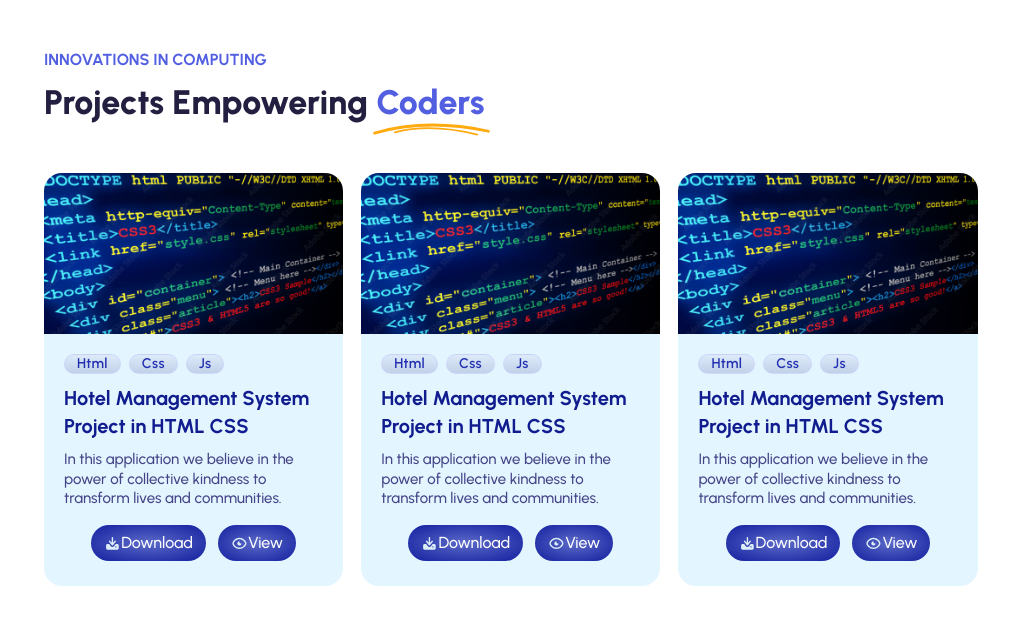
Repository: sharma171/jtccreativeideas
Page: /newsection (app in nextjssite/)
An editor plug-in stored every save of this project. The page is shown before and after the next save, followed by the edit.
The browser window is 1024 px wide. The pictures show the whole page.
The project was rebuilt for these pictures with package versions that can differ from the ones it lists, and the page was loaded fresh each time. The framework's server and built-in components were replaced by stand-ins that run in the browser. Also part of the build but not shown: nextjssite/next.config.mjs.

Above is the page before, as saved 2024-03-28 16:27:33.

### nextjssite/src/app/layout.js
// import { Inter } from "next/font/google";
// import "./globals.css";
import 'bootstrap/dist/css/bootstrap.min.css';

// const inter = Inter({ subsets: ["latin"] });

export const metadata = {
  title: "Create Next App",
  description: "Generated by create next app",
};

 const RootLayout = ({ children }) => {
  return (
    <html lang="en">
      <body>
        {/* Layout UI */}
        <main>{children}</main>
      </body>
    </html>
  )
}
export default RootLayout;

### nextjssite/src/app/newsection/page.jsx
import React from 'react'
import "./page.css"
import Headicon from "./after-head-icon.svg"
import Image from 'next/image'
import Link from 'next/link'
import Projimg1 from './images/projsection1.png'
import Projimg2 from './images/projsection2.png'
import Projimg3 from './images/projsection3.png'
import Downloadicon from './images/Download-icon.svg'
import Viewicon from './images/view-icon.svg'
const Page = () => {
    return(
        <>
        <section className="projects">
            <div className="container">
                <div className="col-flex main-head">
                    <h5 className="small-head">Innovations in Computing</h5>
                    <h3 className="bghead">Projects Empowering <span>Coders
                        <Image src={Headicon}></Image></span></h3>
                </div>
                <ul className="project-cards">
                    <li>

                        <div className="card-inner">
                            <Image src={Projimg1} alt="project" className="thumb"></Image>
                            <div className="info">
                                <div className="tech-info">
                                    <span>Html</span>
                                    <span>Css</span>
                                    <span>Js</span>
                                </div>
                                <Link href="/newsection" className="text-link">
                                    <h3 className="heading">
                                        Hotel Management System Project in HTML CSS
                                    </h3>
                                </Link>
                                <p className="cardpara">
                                    In this application we believe in the power of collective kindness to transform lives and communities.
                                </p>
                                <div className="card-button">
                                    <a href="" className="bot-button">
                                        <Image src={Downloadicon} alt='icon'></Image>
                                        Download
                                    </a>
                                    <a href="" className="bot-button">
                                        <Image src={Viewicon} alt='icon'></Image>
                                        View
                                    </a>
                                </div>
                            </div>
                        </div>
                    </li>
                    <li>

                            <div className="card-inner">
                                <Image src={Projimg1} alt="project" className="thumb"></Image>
                                <div className="info">
                                    <div className="tech-info">
                                        <span>Html</span>
                                        <span>Css</span>
                                        <span>Js</span>
                                    </div>
                                    <Link href="/newsection" className="text-link">
                                        <h3 className="heading">
                                            Hotel Management System Project in HTML CSS
                                        </h3>
                                    </Link>
                                    <p className="cardpara">
                                        In this application we believe in the power of collective kindness to transform lives and communities.
                                    </p>
                                    <div className="card-button">
                                        <a href="" className="bot-button">
                                            <Image src={Downloadicon} alt='icon'></Image>
                                            Download
                                        </a>
                                        <a href="" className="bot-button">
                                            <Image src={Viewicon} alt='icon'></Image>
                                            View
                                        </a>
                                    </div>
                                </div>
                            </div>
                    </li>
                    <li>

                            <div className="card-inner">
                                <Image src={Projimg1} alt="project" className="thumb"></Image>
                                <div className="info">
                                    <div className="tech-info">
                                        <span>Html</span>
                                        <span>Css</span>
                                        <span>Js</span>
                                    </div>
                                    <Link href="/newsection" className="text-link">
                                        <h3 className="heading">
                                            Hotel Management System Project in HTML CSS
                                        </h3>
                                    </Link>
                                    <p className="cardpara">
                                        In this application we believe in the power of collective kindness to transform lives and communities.
                                    </p>
                                    <div className="card-button">
                                        <a href="" className="bot-button">
                                            <Image src={Downloadicon} alt='icon'></Image>
                                            Download
                                        </a>
                                        <a href="" className="bot-button">
                                            <Image src={Viewicon} alt='icon'></Image>
                                            View
                                        </a>
                                    </div>
                                </div>
                            </div>
                    </li>
                </ul>
            </div>
        </section>
        <section className="project-category">
            <div className="container">

            </div>
        </section>
        </>
    )
}
export default Page;

### nextjssite/src/app/newsection/page.css
@import url('https://fonts.googleapis.com/css2?family=Urbanist:ital,wght@0,100..900;1,100..900&display=swap');
* {
    font-family: 'Urbanist', sans-serif;
    font-optical-sizing: auto;
}

section.projects {
    padding: 50px 0;
}
.main-head .small-head {
    color: #525fe1;
    font-size: 16px;
    font-weight: 700;
    text-transform: uppercase;
}
.main-head .bghead {
    color: #231f40;
    font-size: 34px;
    line-height: 1.5em;
    font-weight: 800;
}
.main-head .bghead span {
    color: #525fe1;
    position: relative;
}
.main-head .bghead span img {
    position: absolute;
    top: 100%;
    left: -5.9999999999999964px;
    width: 122.29999999999994px;
    height: 12.600000000000012px;
}
.project-cards {
    padding: 0;
    margin: 45px 0;
    list-style: none;
    display: flex;
    flex-direction: row;
    gap: 45px;
}
.project-cards li {
    width: calc(33.33333333333333% - 30px);
    border-radius: 18px;
    background: #E3F5FF;
}
.project-cards li .card-inner {
    display: flex;
    flex-direction: column;
    width: 100%;
    border-top-left-radius: 18px;
    border-top-right-radius: 18px;
}
.project-cards li .card-inner .thumb {
    width: 100%;
    max-width: 100%;
    height: auto;
    object-fit: cover;
    border-top-left-radius: 18px;
    border-top-right-radius: 18px;
}
.project-cards li .card-inner .info {
    padding: 20px 20px;
    display: flex;
    flex-direction: column;
    gap: 10px;
}

.project-cards li .card-inner .info .tech-info {
    display: flex;
    flex-direction: row;
    align-items: center;
    gap: 12px;
}
.project-cards li .card-inner .info .tech-info span {
    height: 25px;
    font-size: 16px;
    color: #222FB0;
    padding: 0 15px;
    font-weight: 600;
    letter-spacing: 0.3px;
    line-height: 16px;
    background: linear-gradient(181deg, #d2d7f152, #C0D0E7);
    align-content: center;
    border-radius: 19px;
    border: 1px solid #ccd3fbc2;
}
.project-cards li .card-inner .info .text-link {
    text-decoration: none;
}
.project-cards li .card-inner .info .heading {
    font-size: 24px;
    line-height: 1.4em;
    font-weight: 700;
    color: #111D8F;
    margin: 0;
}
.project-cards li .card-inner .info .cardpara {
    font-size: 18px;
    line-height: 1.5em;
    font-weight: 500;
    color: #444487;
    margin: 0 0 6px 0;
}
.project-cards li .card-inner .info .card-button {
    display: flex;
    flex-direction: row;
    align-items: center;
    justify-content: center;
    gap: 12px;
    margin-bottom: 5px;
}
.project-cards li .card-inner .info .card-button .bot-button {
    background: radial-gradient(#5C6AC8, #121F9F);
    padding: 6px 13px;
    font-size: 16px;
    line-height: 1.5em;
    align-content: center;
    border-radius: 20px;
    text-decoration: none;
    color: #fff;
    font-weight: 500;
}
@media (max-width: 1200px) and (min-width:992px){
    .project-cards li .card-inner .info .tech-info span{
        font-size: 14px;
        padding: 0 12px;
        height: 20px;
    }
    .project-cards li .card-inner .info .tech-info {
        gap: 8px;
    }
    .project-cards li .card-inner .info .heading {
        font-size: 20px;
    }
    .project-cards li .card-inner .info .cardpara {
        font-size: 15px;
        line-height: 1.3em;
    }
    .project-cards {
        gap:18px;

    }
    .project-cards li {
        width: calc(33.33333333333333% - 12.8px);
    }
}

After the next save:
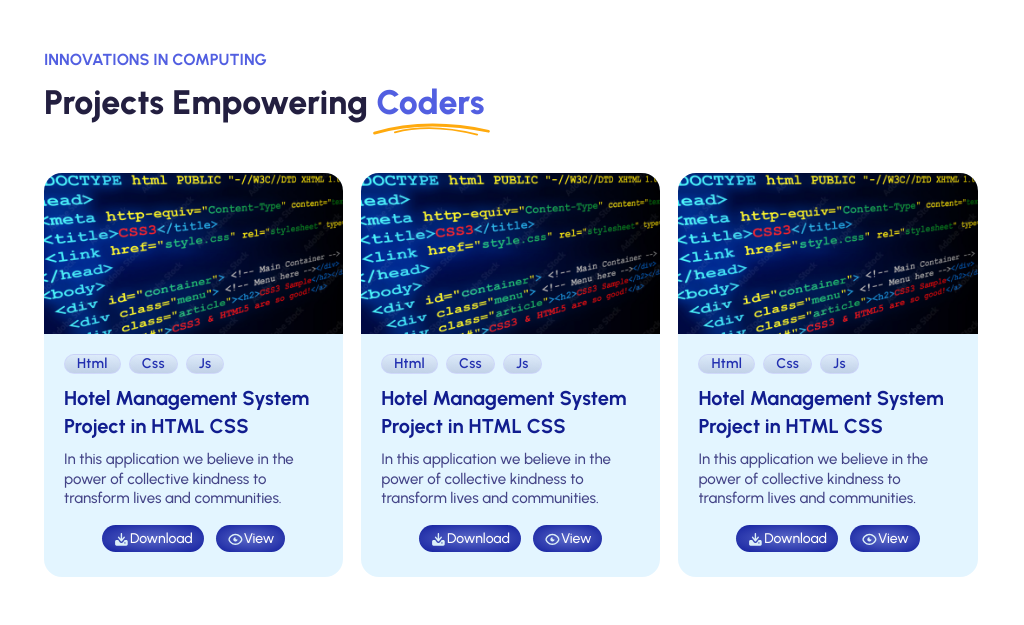
Saved 84 s later.
--- a/nextjssite/src/app/newsection/page.css
+++ b/nextjssite/src/app/newsection/page.css
@@ -136,6 +136,7 @@ section.projects {
         font-size: 15px;
         line-height: 1.3em;
     }
+
     .project-cards {
         gap:18px;
 
@@ -143,4 +144,9 @@ section.projects {
     .project-cards li {
         width: calc(33.33333333333333% - 12.8px);
     }
+    .project-cards li .card-inner .info .card-button .bot-button {
+        padding: 4px 11px;
+        font-size: 14px;
+        line-height: 1.4em;
+    }
 }
